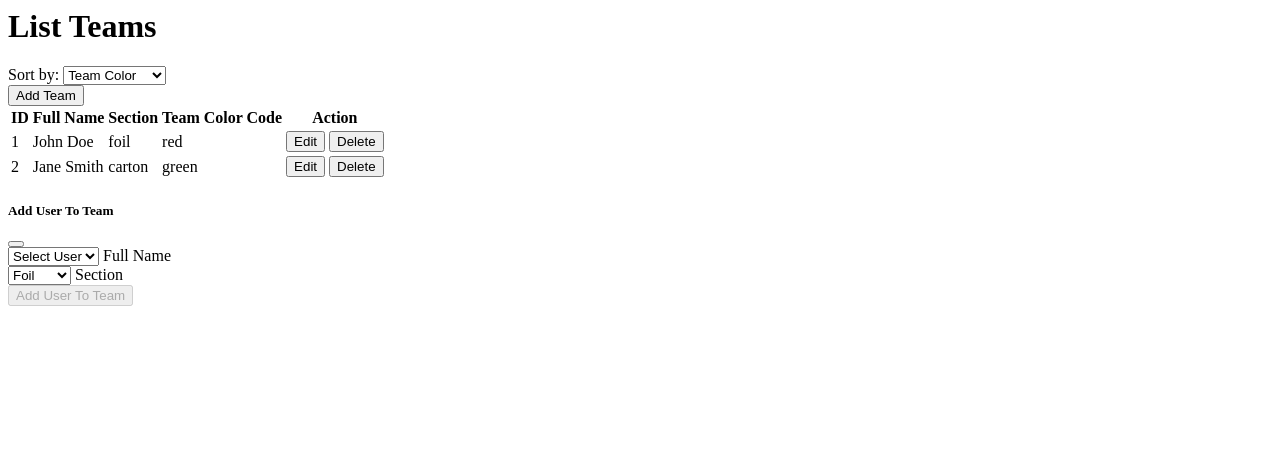
Repository: Daigtas/Shiftman
Page: partials/list-teams.html
These files come from the project's save history. The page is drawn as it stood at one moment and after the next save; the edit follows.
The browser window is 1280 px wide. The pictures show the whole page.

Above is the page before, as saved 2025-02-04 12:31:44.

After the next save:
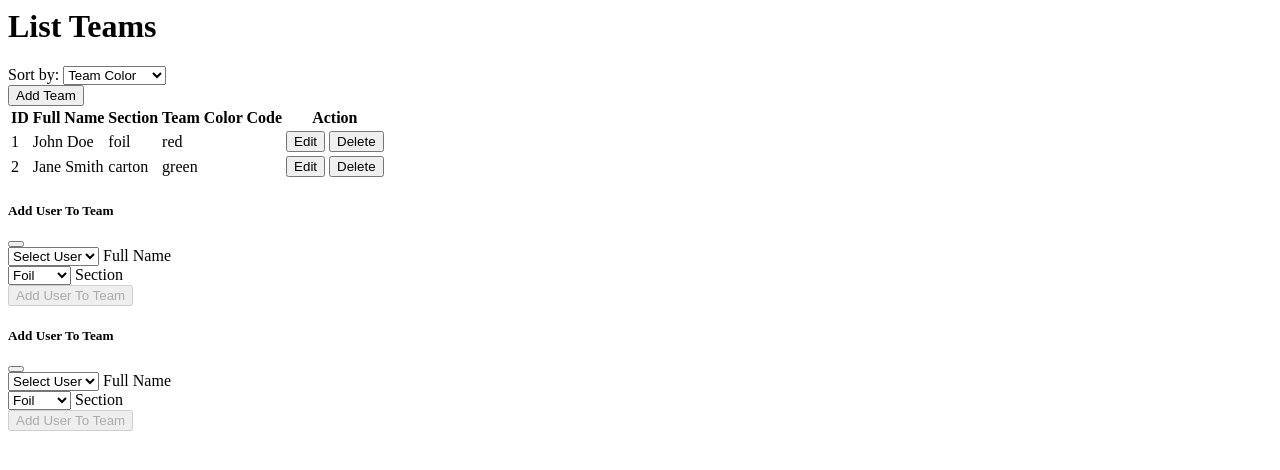
Saved 9 s later.
--- a/partials/list-teams.html
+++ b/partials/list-teams.html
@@ -82,5 +82,37 @@
         </div>
     </div>
 </div>
+<!-- Add User to Team Modal -->
+<div class="modal fade" id="addusertoTeamModal" tabindex="-1" aria-labelledby="addUserModalLabel" aria-hidden="true">
+    <div class="modal-dialog">
+        <div class="modal-content">
+            <div class="modal-header">
+                <h5 class="modal-title" id="addUserToTeamModalLabel" data-translate-key="addusertoteam">Add User To Team</h5>
+                <button type="button" class="btn-close" data-bs-dismiss="modal" aria-label="Close"></button>
+            </div>
+            <div class="modal-body">
+                <form id="addUserForm">
+                    <div class="form-floating mb-3">
+                        <select class="form-select" id="userFullName" required>
+                            <option value="" disabled selected data-translate-key="selectuser">Select User</option>
+                            <option value="john_doe" data-translate-key="johndoe">John Doe</option>
+                            <option value="jane_smith" data-translate-key="janesmith">Jane Smith</option>
+                            <!-- Add more options as needed -->
+                        </select>
+                        <label for="userFullName" data-translate-key="fullname">Full Name</label>
+                    </div>
+                    <div class="form-floating mb-3">
+                        <select class="form-select" id="section" required>
+                            <option value="foil" data-translate-key="foil">Foil</option>
+                            <option value="carton" data-translate-key="carton">Carton</option>
+                        </select>
+                        <label for="section" data-translate-key="section">Section</label>
+                    </div>
+                    <button type="submit" class="btn btn-primary" id="addUserSubmit" disabled data-translate-key="addusertoteam">Add User To Team</button>
+                </form>
+            </div>
+        </div>
+    </div>
+</div>
 
 <link rel="stylesheet" href="css/register-user.css">
